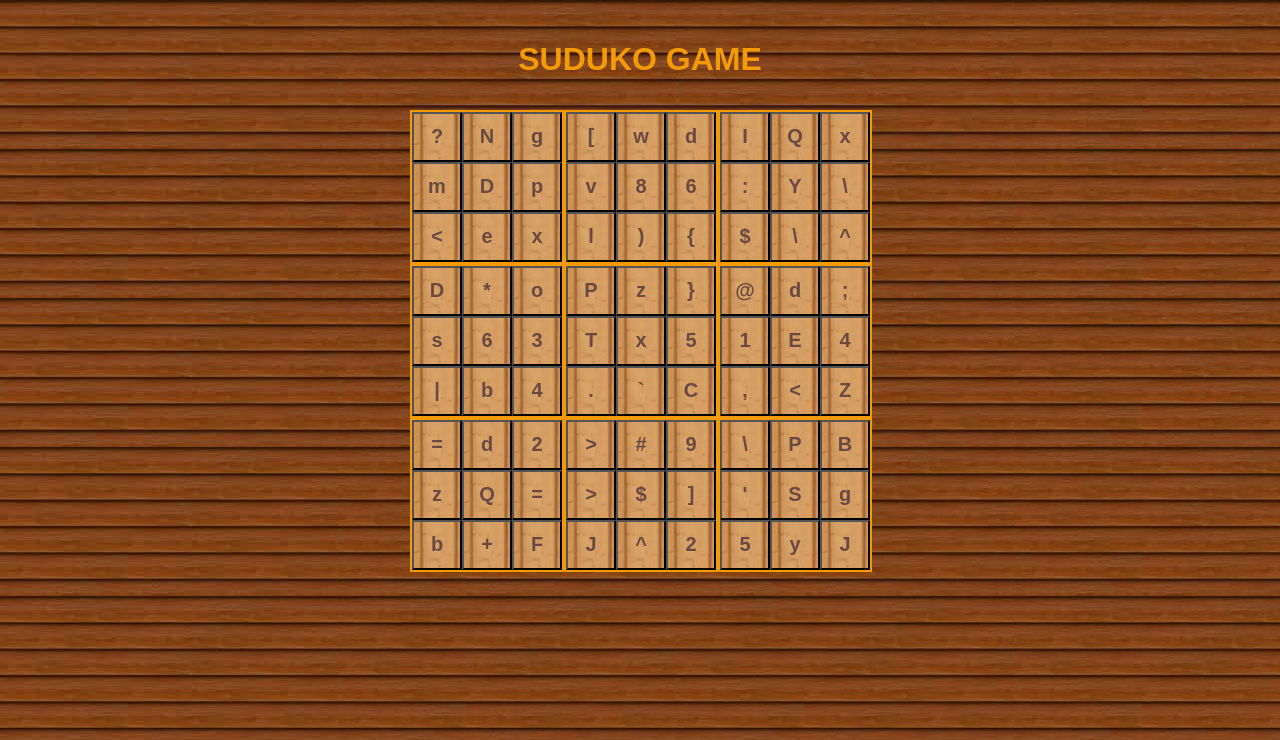
Repository: ahmad8969/Suduko-Game-React-App
Page: /
These files come from the project's save history. The page is drawn as it stood at one moment and after a run of saves; the edit follows.
The browser window is 1280 px wide. The pictures show the whole page.
Some web fonts or font styles are not loaded; a fallback is used. The project was rebuilt for these pictures with package versions that can differ from the ones it lists, and the page was loaded fresh each time.

Above is the page before, as saved 2021-02-26 17:01:40.

After the next 3 saves:
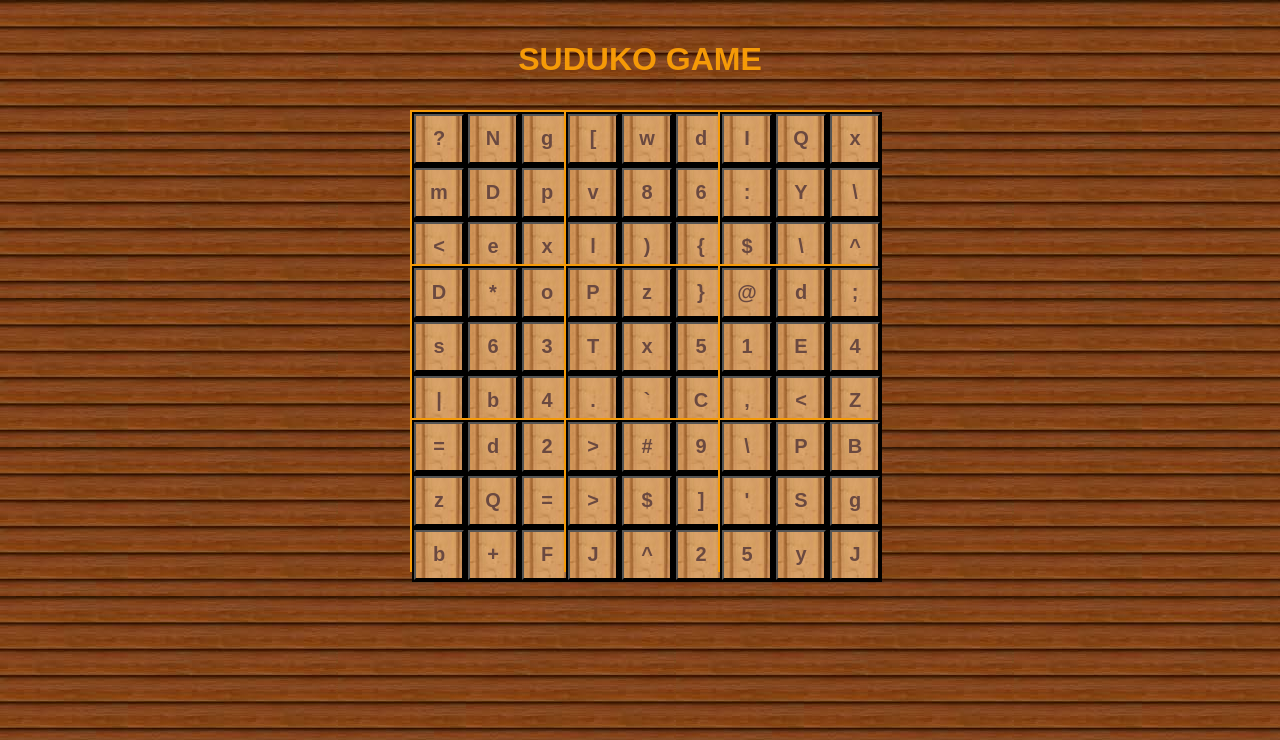
The 3 saves are shown as one change because 2 did not build or start.
The last was saved 4 min 13 s later.
--- a/src/components/block.js
+++ b/src/components/block.js
@@ -62,7 +62,7 @@ const Block = (props) =>{
         <div className="button_block">
             <button id={pid} onClick={checkId} >{value} </button>
             {/* <button onClick={checkId} > <span id="valueOfState">{props.number}</span> </button> */}
-            <input type="text" className="button_block" id ='input'  style={{display:"none"}} />
+            <input type="text" className="button_block" id ="input"  style={{display:"none"}} />
          </div>
     )
 }
--- a/src/components/block.css
+++ b/src/components/block.css
@@ -27,6 +27,7 @@
     margin: 0!important;
     font-size: 20px!important;
     font-weight:600;
+    border:2px solid black;
     /* color:rgb(109,84,62); */
     color: #6a4940;
 }

After the save that followed:
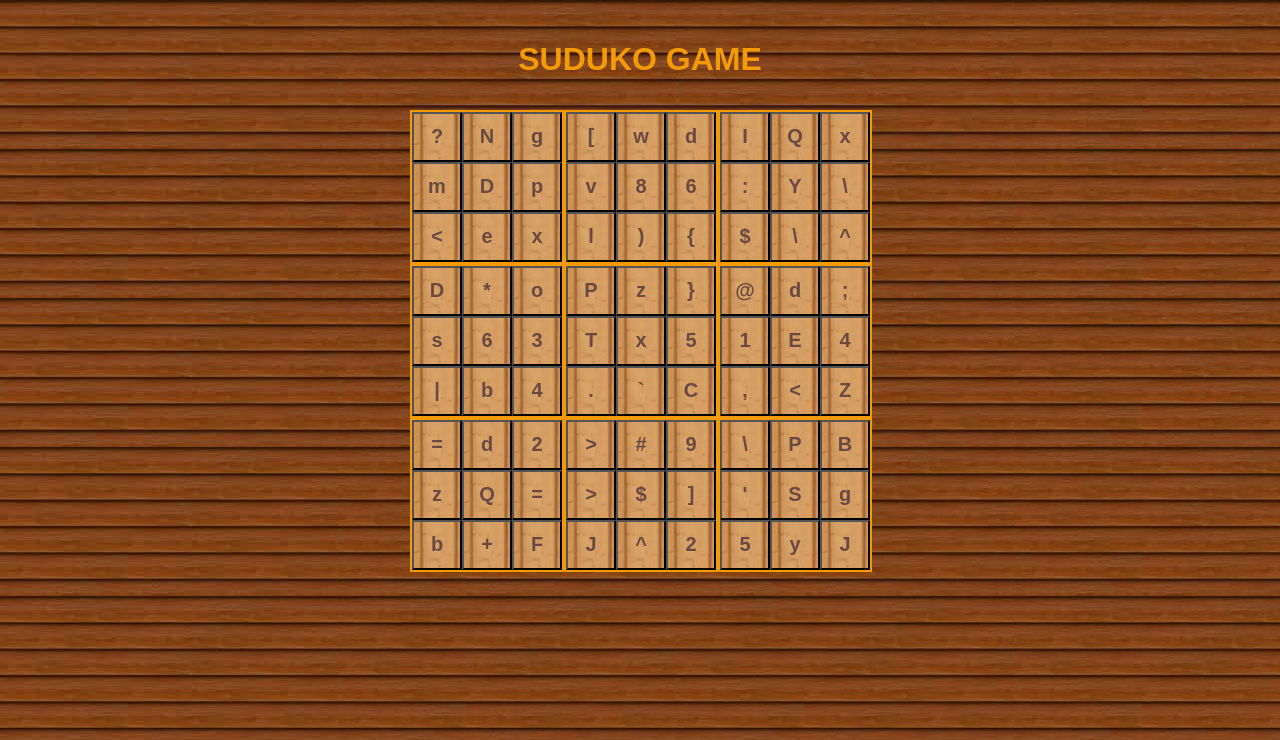
Saved 34 s later.
--- a/src/components/block.css
+++ b/src/components/block.css
@@ -19,7 +19,7 @@
     grid-column-gap: 0px !important;
     grid-row-gap: 0px !important;
 }
-.button_block{
+.button_block1{
     height: 50px !important;
     width: 50px !important;
     background-image: url('../images/wood.jpg');
